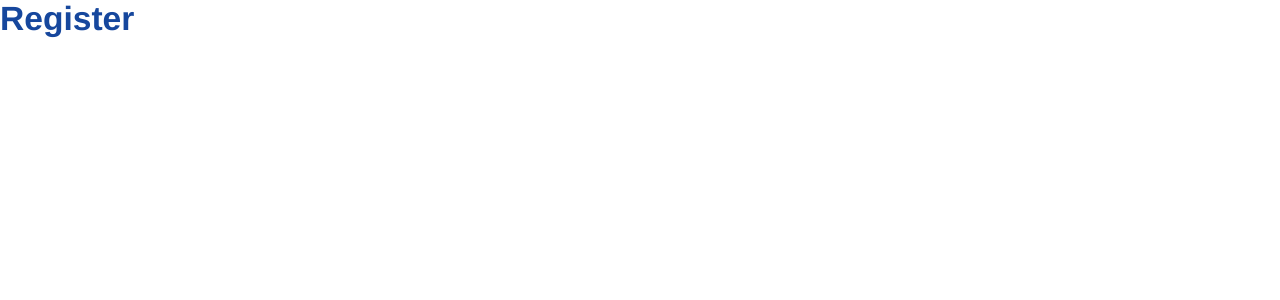
Repository: LeandroMoniz/Projetos_Pets
Page: /register (app in adocao_pet/frontend/)
An editor plug-in stored every save of this project. The page is shown before and after the next save, followed by the edit.
The browser window is 1280 px wide. The pictures show the whole page.
The project was rebuilt for these pictures with package versions that can differ from the ones it lists, and the page was loaded fresh each time. Also part of the build but not shown: adocao_pet/frontend/src/components/pages/Auth/Login.js, adocao_pet/frontend/src/components/pages/Home.js.

Above is the page before, as saved 2022-02-15 10:55:26.

After the next save:
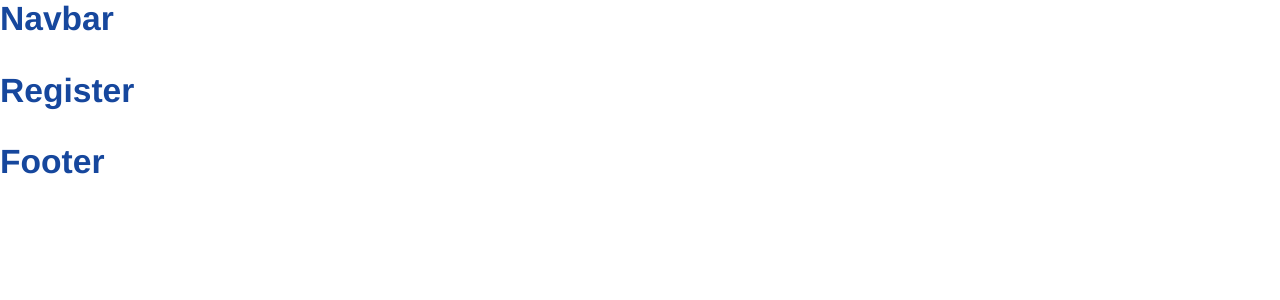
Saved 2 min 42 s later.
--- a/adocao_pet/frontend/src/App.js
+++ b/adocao_pet/frontend/src/App.js
@@ -1,4 +1,8 @@
 import { BrowserRouter as Router, Routes, Route } from 'react-router-dom'
+
+/*componets*/
+import Navbar from './components/layout/Navbar'
+import Footer from './components/layout/Footer'
 
 /* pages */
 import Login from './components/pages/Auth/Login'
@@ -8,11 +12,13 @@
 function App() {
   return (
     <Router>
+      <Navbar />
       <Routes>
         <Route path="/login" element={<Login />} />
         <Route path="/register" element={<Register />} />
         <Route path="/" element={<Home />} />
       </Routes>
+      <Footer />
     </Router>
   );
 }
